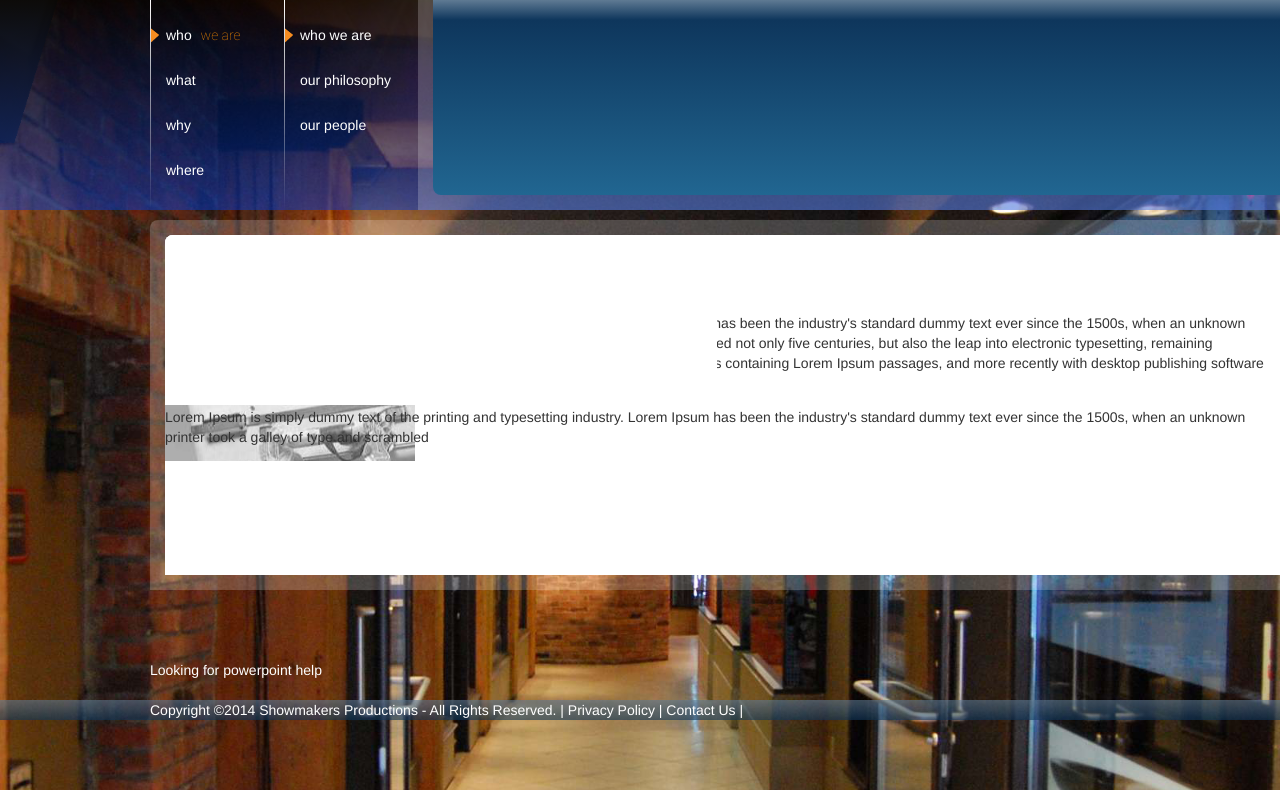
Repository: EddieMachete/showmakers
Page: index.html
The author's editor kept a record of every edit. The page is drawn from the files as they stood at one moment, then again after the next edit.
The browser window is 1280 px wide. The pictures show the whole page.
Backgrounds fixed to the window are drawn as part of the page.

Above is the page before.
Console error: TypeError: Cannot read properties of undefined (reading 'querySelector')

### index.html
<!doctype html>
<html>
<head>
    <meta charset="UTF-8">
    <title>Vancouver PowerPoint Presentations, Templates, Web Design, Video Production | ShowMakers Productions</title>
    <meta name="description" content="Vancouver PowerPoint and multimedia production company specializing in corporate PowerPoint templates, PowerPoint design and video presentations" />
    <!-- Styles -->
    <!--link rel="stylesheet" type="text/css" href="Css/bootstrap.min.css" /-->
    <link rel="stylesheet" type="text/css" href="Css/main.css" />
    <link rel="stylesheet" type="text/css" href="Css/animations.css" />
    <link rel="stylesheet" type="text/css" href="Css/WhiteFlashAnimation.css" />
    <link rel="stylesheet" type="text/css" href="Css/ContentTransitionAnimation.css" />
    <link rel="stylesheet" type="text/css" href="Css/OurPhilosophyBannerAnimation.css" />
    <link rel="stylesheet" type="text/css" href="Css/OurPhilosophyContentAnimation.css" />
    <link rel="stylesheet" type="text/css" href="Css/WhatWeDoBannerAnimation.css" />
    <link rel="stylesheet" type="text/css" href="Css/OurProcessBannerAnimation.css" />
    <link rel="stylesheet" type="text/css" href="Css/OurServicesBannerAnimation.css" />
    <link rel="stylesheet" type="text/css" href="Css/WhatsNewBannerAnimation.css" />
    <!-- Templates -->
    <link id="WhiteFlashTemplate" rel="import" href="WhiteFlash.html" />
    <!-- Who -->
    <link id="WhoWeAreBannerTemplate" rel="import" href="WhoWeAreBanner.html" />
    <link id="OurPhilosophyBannerTemplate" rel="import" href="OurPhilosophyBanner.html" />
    <link id="OurPhilosophyContentTemplate" rel="import" href="OurPhilosophyContent.html" />
    <!-- What -->
    <link id="WhatWeDoBannerTemplate" rel="import" href="WhatWeDoBanner.html" />
    <link id="OurProcessBannerTemplate" rel="import" href="OurProcessBanner.html" />
    <link id="OurServicesBannerTemplate" rel="import" href="OurServicesBanner.html" />
    <link id="WhatsNewBannerTemplate" rel="import" href="WhatsNewBanner.html" />
    <!-- Scripts -->
    <script type="text/javascript" src="Scripts/GoogleAnalytics.js"></script>
    <script type="text/javascript" src="Scripts/jquery.js"></script>
    <script type="text/javascript" src="Scripts/Index/IndexMain.js"></script>
    <!-- End Google analytics -->
</head>
<body class="office-background background-cover">
	<div class="l-page-header translucent-gradient">
    	<div class="l-navigation padded-left">
        	<ul class="sections navigation-block list-unstyled text-lowercase left-border-width-gradient text-white">
            	<li class="tall is-selected" data-controller="Page" data-name="NavWho">
                	<div class="underline">
                    	Who <span class="navigation-highlight-padded text-orange text-roboto-thin">we are</span>
                    </div>
                </li>
                <li class="tall" data-controller="Page" data-name="NavWhat">
                	<div class="underline">What</div>
                </li>
                <li class="tall">
                	<div class="underline">Why</div>
                </li>
                <li class="tall">
                	<div class="underline">Where</div>
                </li>
            </ul>
            <div class="navigation-block text-lowercase left-border-width-gradient text-white">
            	<ul class="sub-sections list-unstyled is-active is-expanded"
            	    data-controller="Page" data-name="SubSectionWho">
                	<li class="tall is-selected" data-controller="Page" data-name="NavWhoWeAre">
                    	<div class="underline">Who we are</div>
                    </li>
                    <li class="tall" data-controller="Page" data-name="NavOurPhilosophy">
                    	<div class="underline">Our philosophy</div>
                    </li>
                    <li class="tall">
                    	<div class="underline">Our people</div>
                    </li>
                </ul>
            	<ul class="sub-sections list-unstyled"
            	    data-controller="Page" data-name="SubSectionWhat">
                	<li class="tall" data-controller="Page" data-name="NavWhatWeDo">
                    	<div class="underline">What we do</div>
                    </li>
                    <li class="tall" data-controller="Page" data-name="NavOurProcess">
                    	<div class="underline">Our process</div>
                    </li>
                    <li class="tall" data-controller="Page" data-name="NavOurServices">
                    	<div class="underline">Our services</div>
                    </li>
                    <li class="tall" data-controller="Page" data-name="NavWhatsNew">
                    	<div class="underline">What&apos;s new</div>
                    </li>
                </ul>
            </div>
            <div class="frosted-glass content">
            	<div class="readable-gradient bottom-left-round-corners-8" data-controller="Page" data-name="Banner"></div>
            </div>
        </div>
    </div>
    <div class="main-content padded-left frosted-glass top-left-round-corners-8">
        <div class="container main-content-high top-left-round-corners-8">
            <!-- ----- Our Philosophy ----- -->
            <div class="our-philosophy-content">
                <div class="message">
                    <h1>We don&apos;t loose your luggage</h1>
                    <p>
                        Lorem Ipsum is simply dummy text of the printing and typesetting industry. Lorem Ipsum has been the industry's standard dummy text ever since the 1500s, when an unknown printer took a galley of type and scrambled it to make a type specimen book. It has survived not only five centuries, but also the leap into electronic typesetting, remaining essentially unchanged. It was popularised in the 1960s with the release of Letraset sheets containing Lorem Ipsum passages, and more recently with desktop publishing software like Aldus PageMaker including versions of Lorem Ipsum.
                    </p>
                    <p>
                        Lorem Ipsum is simply dummy text of the printing and typesetting industry. Lorem Ipsum has been the industry's standard dummy text ever since the 1500s, when an unknown printer took a galley of type and scrambled
                    </p>
                </div>
            </div>
            <!-- ----- Content Transition ----- -->
            <div class="content-transition">
                <div class="left">
                    <div class="mask collapsible">
                        <div class="transition-border expandable float-left"></div>
                    </div>
                </div>
                <div class="right">
                    <div class="mask collapsible">
                        <div class="transition-border expandable"></div>
                    </div>
                </div>
            </div>
        </div>

    </div>
    <div class="l-power-point-section">
    	<div class="padded-left text-white">
        	Looking for powerpoint help
        </div>
    </div>
    <div class="l-footer">
    	<div class="padded-left text-white">
        	Copyright &copy;2014 Showmakers Productions - All Rights Reserved. | Privacy Policy | Contact Us |
        </div>
    </div>
</body>
</html>

### Css/main.css
@charset "UTF-8";
/* CSS Document */
/* COLORS */
/*    Orange: #FC8D00 */

/* Base */
* {
	-webkit-box-sizing: border-box;
	-moz-box-sizing: border-box;
	box-sizing: border-box;
}

html {
	font-family: sans-serif;
	font-size: 10px;
	-webkit-tap-highlight-color: rgba(0,0,0,0);
	-webkit-text-size-adjust: 100%;
	-ms-text-size-adjust: 100%;
}

body {
	font-family: "Helvetica Neue",Helvetica,Arial,sans-serif;
	font-size: 14px;
	line-height: 1.42857143;
	color: #333;
	background-color: #fff;

	margin: 0;
	padding: 0;
}

/* Layout */
.l-page-header {
	overflow: hidden;
}

.l-power-point-section {
	bottom: 40px;
	position: fixed;
	width: 100%;
}

.l-footer {
	background-color: #0E365C;
	background: repeating-linear-gradient(rgba(95, 122, 147, .6), rgba(14, 54, 92, .6));
	bottom: 0;
	position: fixed;
	width: 100%;
}

/* Modules */
@font-face {
    font-family: open-sans-light;
    src: url('../Fonts/Open-Sans/OpenSans-Light.ttf');
}

@font-face {
    font-family: roboto-thin;
    src: url(../Fonts/Roboto/Roboto-Thin.ttf)
}

.text-lowercase {
	text-transform: lowercase;
}

.text-open-sans-light {
    font-family: open-sans-light;
	/*font-weight: 300;*/
}

.text-roboto-thin {
    font-family: roboto-thin;
	/*font-weight: 100;*/
}

.text-verdana {
	font-family: verdana, arial, sans-serif;
}

.text-bold {
	font-weight: bold;
}

.text-white {
	color: #FFF;
}

.text-orange {
	color: #FC8D00;
}

.display-inline-block {
	display: inline-block;
}

.float-left {
	float: left;
}

.float-right {
	float: right;
}

.list-unstyled {
	list-style: none;
	padding-left: 0;
}

.list-unstyled li {
	margin: 0;
}

.office-background {
	background: #000 no-repeat center fixed url('../Images/office-background.jpg');
}

.background-cover {
	-webkit-background-size: cover;
	-moz-background-size: cover;
	-o-background-size: cover;
	background-size: cover;
}

.readable-gradient {
	background: repeating-linear-gradient(#5F7A93, #0E365C 20px, #216691);
	height: 195px;
    overflow: hidden;
    position: relative;
}

.readable-gradient .animation {
    position: absolute;
    top: 0;
    left: 0;
    width: 100%;
}
/*
.readable-gradient .white-flash {
    z-index: 5;
}*/

.round-corners-8 {
	border-radius: 8px;
}

.bottom-left-round-corners-8 {
	border-bottom-left-radius: 8px;
}

.top-left-round-corners-8 {
	border-top-left-radius: 8px;
}

.translucent-gradient {
	background: #000;
	/* Safari 5.1 to 6.0 */
	background: -webkit-repeating-linear-gradient(rgba(0, 0, 0, .8), rgba(0, 58, 211, .5));
	/* Opera 11.1 to 12.0 */
	background: -o-repeating-linear-gradient(rgba(0, 0, 0, .8), rgba(0, 58, 211, .5));
	/* Firefox 3.6 to 15 */
	background: -moz-repeating-linear-gradient(rgba(0, 0, 0, .8), rgba(0, 58, 211, .5));
	/* Standard syntax */
	background: repeating-linear-gradient(rgba(0, 0, 0, .8), rgba(0, 58, 211, .5));
}

.frosted-glass {
	background-color: #FFF;
	background-color: rgba(255, 255, 255, .2);
	padding: 15px 0 15px 15px;
	padding-top: 0;
}

/* Navigation Blocks */
.l-navigation .navigation-block {
	float: left;
	height: 210px;
	margin: 0;
	/*padding: 0 15px;*/
	overflow: hidden;
	width: 134px;
}

.l-navigation .navigation-block .tall {
	background: no-repeat center left url('../Images/menu-arrow.png');
	background-position: -10px;

	-webkit-transition: background-position 300ms; /* For Safari 3.1 to 6.0 */
    transition: background-position 300ms;
}

.l-navigation .navigation-block .tall.is-selected {
	background-position: -2px;
}

.l-navigation .navigation-block .navigation-highlight-padded {
	padding: 0 5px;
}

.l-navigation .navigation-block .underline {
	position: relative;
	margin: 0 15px;
}

.l-navigation .navigation-block .underline:after {
	background-color: #FC8D00;
	bottom: -1px;
	content: '';
	display: block;
	height: 1px;
	left: 0;
	position: absolute;
	transition: width 0.2s;
	width: 0;
}

.l-navigation .navigation-block .underline:hover:after {
	width: 100%;
}

.l-navigation .sub-sections {
	display: none;
}

.l-navigation .sub-sections .tall {
	margin: 0;

	-webkit-transition: all 300ms; /* For Safari 3.1 to 6.0 */
    transition: all 300ms;
}

.l-navigation .sub-sections.is-active {
	display: block;
}

.l-navigation .sections .tall,
.l-navigation .sub-sections.is-expanded .tall {
	margin: 25px 0;
}

/* End Navigation blocks*/

.l-navigation .content {
	margin-left: 268px;
}

/* Description */

.l-navigation .content .description {
	max-width: 520px;
}

.l-navigation .content .description h2 {
	font-size: 15px;
	line-height: 1.5em;
	margin: 20px 20px 10px 20px;
}

.l-navigation .content .description p {
	font-size: 12px;
	font-weight: 200;
	line-height: 1.5em;
	margin: 10px 20px;
	text-align: justify;
}

/* End Description*/

.left-border-width-gradient {
	border-color: #FFF;
	border-style: solid;
	border-width: 0 0 0 1px;
	height: 210px;
	margin: 0;

    -webkit-border-image:
      -webkit-gradient(linear, 0 0, 0 100%, from(#FFFFFF), to(rgba(0, 0, 0, 0))) 1 100%;
    -webkit-border-image:
      -webkit-linear-gradient(#FFFFFF, rgba(0, 0, 0, 0)) 1 100%;
    -moz-border-image:
      -moz-linear-gradient(#FFFFFF, rgba(0, 0, 0, 0)) 1 100%;
    -o-border-image:
      -o-linear-gradient(#FFFFFF, rgba(0, 0, 0, 0)) 1 100%;
    border-image:
      linear-gradient(to bottom, #FFFFFF, rgba(0, 0, 0, 0)) 1 100%;
}

.main-content {
	margin-bottom: 200px;
	margin-top: 10px;
}

.main-content-high {
	height: 340px;
}

.main-content .container {
	background-color: #FFF;
	margin: 15px 0 0 0;
	overflow: hidden;
	position: relative;
}

.main-content .content-transition {
	left: 0;
	position: absolute;
	top: 0;
}

.main-content .content-transition .left {
	float: left;
	position: relative;
	width: 252px;
}

.main-content .content-transition .left .mask {
	background-color: #FFF;
	position: absolute;
	right: 0;
	top: 0;
	width: 252px;
}

.main-content .content-transition .right {
	float: left;
	position: relative;
	width: 552px;
}

.main-content .content-transition .right .mask {
	background-color: #FFF;
	position: absolute;
	right: 0;
	top: 0;
	width: 552px;
}

.main-content .content-transition .transition-border {
	background-color: orange;
	width: 2px;
}


@media (min-width: 980px) {
	.padded-left {
		margin-left:calc((100% - 980px)/2);
		overflow: hidden;
	}
}

### Css/animations.css
.animation {
    display:none;
}

.animation.is-animated {
    display: block;
}

/* --- logo-and-stars-transition ------------------------------- */
/* Chrome, Safari, Opera */
@-webkit-keyframes logo-and-stars-transition {
    from {
        bottom: 300px;
        left: 600px
    }
    to {
        bottom: -20px;
        left: 300px
    }
}

/* Standard syntax */
@keyframes logo-and-stars-transition {
    from {
        bottom: 300px;
        left: 600px
    }
    to {
        bottom: -20px;
        left: 300px
    }
}



/* --- logo-and-stars-shake ------------------------------- */
@-webkit-keyframes logo-and-stars-shake {
    from { background-position-x: 0;}
    to {background-position-x: 3px;}
}


@keyframes logo-and-stars-shake {
    from { background-position-x: 0;}
    to {background-position-x: 3px;}
}



/* --- slide-in-left ------------------------------- */
@-webkit-keyframes slide-in-left {
    from {
       margin-left: 120px;
       opacity: 0;
    }
    to {
        margin-left: 0;
        opacity: 1;
    }
}

@keyframes slide-in-left {
    from {
       margin-left: 120px;
       opacity: 0;
    }
    to {
        margin-left: 0;
       opacity: 1;
    }
}

### Css/ContentTransitionAnimation.css
.main-content .content-transition .transition-border.expandable {
	-webkit-animation: transition-border-expand-frames 2s forwards;
	animation: transition-border-expand-frames 2s forwards;

	-webkit-animation-delay: 5s;
	animation-delay: 5s;
}

.main-content .content-transition .left .mask.collapsible {
	-webkit-animation: left-mask-collapse-frames 800ms forwards;
	animation: left-mask-collapse-frames 800ms forwards;

	-webkit-animation-delay: 5500ms;
	animation-delay: 5500ms;
}

.main-content .content-transition .right .mask.collapsible {
	-webkit-animation: right-mask-collapse-frames 800ms forwards;
	animation: right-mask-collapse-frames 800ms forwards;

	-webkit-animation-delay: 5500ms;
	animation-delay: 5500ms;
}



/* --- transition-border-expand-frames ------------------------------- */
@-webkit-keyframes transition-border-expand-frames {
    0% {
       height: 0px;
       margin-top: 170px;
    }
    20%, 80% {
        height: 340px;
        margin-top: 0;
    }
    80% {
        height: 340px;
        margin-top: 0;
    }
    100% {
        height: 0px;
        margin-top: 170px;
    }
}

@keyframes transition-border-expand-frames {
    0% {
       height: 0px;
       margin-top: 170px;
    }
    20%, 80% {
        height: 340px;
        margin-top: 0;
    }
    80% {
        height: 340px;
        margin-top: 0;
    }
    100% {
        height: 0px;
        margin-top: 170px;
    }
}



/* --- left-mask-collapse-frames ------------------------------- */
@-webkit-keyframes left-mask-collapse-frames {
    0% {
        width: 252px;
    }
    100% {
        width: 2px;
    }
}

@keyframes left-mask-collapse-frames {
    0% {
        width: 252px;
    }
    100% {
        width: 2px;
    }
}



/* --- right-mask-collapse-frames ------------------------------- */
@-webkit-keyframes right-mask-collapse-frames {
    0% {
        width: 552px;
    }
    100% {
        width: 2px;
    }
}

@keyframes right-mask-collapse-frames {
    0% {
        width: 552px;
    }
    100% {
        width: 2px;
    }
}

### Css/OurPhilosophyBannerAnimation.css
.our-philosophy-banner {
    height: 195px;
    overflow: hidden;
    position: relative;
}

.our-philosophy-banner .text {
    font-size: 22pt;
	font-weight: bold;
    margin: 60px 0 0 20px;
}

.our-philosophy-banner .text .text-one {
    display: inline-block;
    margin-left: 120px;
    opacity: 0;
}

.our-philosophy-banner .text .text-two {
    display: inline-block;
    margin-left: 120px;
    opacity: 0;
}

.our-philosophy-banner .text .text-three {
    display: inline-block;
    margin-left: 120px;
    opacity: 0;
}

.our-philosophy-banner.is-animated .text .text-one-animation {
    -webkit-animation: slide-in-left 500ms forwards; /* Chrome, Safari, Opera */
    animation: slide-in-left 500ms forwards;

    -webkit-animation-delay: 1s; /* Chrome, Safari, Opera */
    animation-delay: 1s;
}

.our-philosophy-banner.is-animated .text .text-two-animation {
    -webkit-animation: slide-in-left 500ms forwards; /* Chrome, Safari, Opera */
    animation: slide-in-left 500ms forwards;

    -webkit-animation-delay: 1300ms; /* Chrome, Safari, Opera */
    animation-delay: 1300ms;
}

.our-philosophy-banner.is-animated .text .text-three-animation {
    -webkit-animation: slide-in-left 500ms forwards; /* Chrome, Safari, Opera */
    animation: slide-in-left 500ms forwards;

    -webkit-animation-delay: 1600ms; /* Chrome, Safari, Opera */
    animation-delay: 1600ms;
}

.our-philosophy-banner .logo-and-stars {
    bottom: 300px;
    left: 600px;
    position: absolute;
}

.our-philosophy-banner.is-animated .logo-and-stars-animation {
    -webkit-animation: logo-and-stars-transition 1s forwards; /* Chrome, Safari, Opera */
    animation: logo-and-stars-transition 1s forwards;

    -webkit-animation-delay: 2s; /* Chrome, Safari, Opera */
    animation-delay: 2s;
}

.our-philosophy-banner .logo-and-stars .stars {
    background: no-repeat url('../Images/Animations/OurPhilosophy/stars-1.png');
    height: 295px;
    width: 318px;

    -webkit-animation: logo-and-stars-shake .1s infinite;
    animation: logo-and-stars-shake .1s infinite;
}

.our-philosophy-banner .logo-and-stars .show-makers {
    margin: 84px 0 0 80px;
}

### Css/OurPhilosophyContentAnimation.css
.our-philosophy-content {
    background: no-repeat url('../Images/our-philosophy-content.jpg');
    overflow: hidden;
}

### Css/WhatWeDoBannerAnimation.css
.what-we-do-banner {
    margin: 20px;
    max-width: 501px;
}

### Css/OurProcessBannerAnimation.css
.our-process-banner {
    position: relative;
}

.our-process-banner .graphic {
    left: 240px;
    position: absolute;
    top: 10px;
}

.our-process-banner .text {
    /*display: inline-block;*/
    /*float: left;*/
    font-size: 15pt;
    font-weight: bold;
    margin: 20px 0 0 25px;
    /*overflow: hidden;
    width: 160px;*/
}

.our-process-banner .text .line {
    line-height: 29pt;
    opacity: 0;
}

.our-process-banner.is-animated .text .text-one-animation {
    -webkit-animation: slide-in-left 500ms forwards; /* Chrome, Safari, Opera */
    animation: slide-in-left 500ms forwards;

    -webkit-animation-delay: 1s; /* Chrome, Safari, Opera */
    animation-delay: 1s;
}

.our-process-banner.is-animated .text .text-two-animation {
    -webkit-animation: slide-in-left 500ms forwards; /* Chrome, Safari, Opera */
    animation: slide-in-left 500ms forwards;

    -webkit-animation-delay: 1300ms; /* Chrome, Safari, Opera */
    animation-delay: 1300ms;
}

.our-process-banner.is-animated .text .text-three-animation {
    -webkit-animation: slide-in-left 500ms forwards; /* Chrome, Safari, Opera */
    animation: slide-in-left 500ms forwards;

    -webkit-animation-delay: 1600ms; /* Chrome, Safari, Opera */
    animation-delay: 1600ms;
}

.our-process-banner.is-animated .text .text-four-animation {
    -webkit-animation: slide-in-left 500ms forwards; /* Chrome, Safari, Opera */
    animation: slide-in-left 500ms forwards;

    -webkit-animation-delay: 1900ms; /* Chrome, Safari, Opera */
    animation-delay: 1900ms;
}

### Css/WhatsNewBannerAnimation.css
.whats-new-banner .text {
    /*display: inline-block;*/
    /*float: left;*/
    font-size: 15pt;
    /*font-weight: bold;*/
    margin: 40px 0 0 25px;
    /*overflow: hidden;*/
    width: 260px;
}

.whats-new-banner .text .quote {
    font-size: 10pt;
    margin-top: 15px;
}

.whats-new-banner .sprite-animation .slide {
    left: 379px;
    position: absolute;
    top: 25px;
    opacity: 0;

    -webkit-transition: opacity 800ms;
}

.whats-new-banner .sprite-animation .slide.is-visible {
    /*-webkit-animation:  fade-in-frames 800ms;*/
    opacity: 1;
}

.whats-new-banner .sprite-animation .top-image {
    left: 240px;
    position: absolute;
    top: 10px;
    z-index: 5;
}

.l-page-header .white-flash {
    z-index: 10;
}



/* --- what-we-do-shiner-light ------------------------------- */
@-webkit-keyframes fade-in-frames {
    0% {
        opacity: 0;
    }
    100% {
        opacity: 1;
    }
}

@keyframes fade-in-frames {
    0% {
        opacity: 0;
    }
    100% {
        opacity: 1;
    }
}

### Scripts/GoogleAnalytics.js
var _gaq = _gaq || [];
_gaq.push(['_setAccount', 'UA-6072071-1']);
_gaq.push(['_trackPageview']);

(function() {
	var ga = document.createElement('script'); ga.type = 'text/javascript'; ga.async = true;
	ga.src = ('https:' == document.location.protocol ? 'https://ssl' : 'http://www') + '.google-analytics.com/ga.js';
	var s = document.getElementsByTagName('script')[0]; s.parentNode.insertBefore(ga, s);
})();

Loaded but not shown: Scripts/jquery.js (library); Scripts/Index/IndexMain.js (128 lines, source omitted); Css/OurServicesBannerAnimation.css (no copy from this time; the picture is the same without it); Css/WhiteFlashAnimation.css (no copy from this time; the picture is the same without it)

After the next edit:
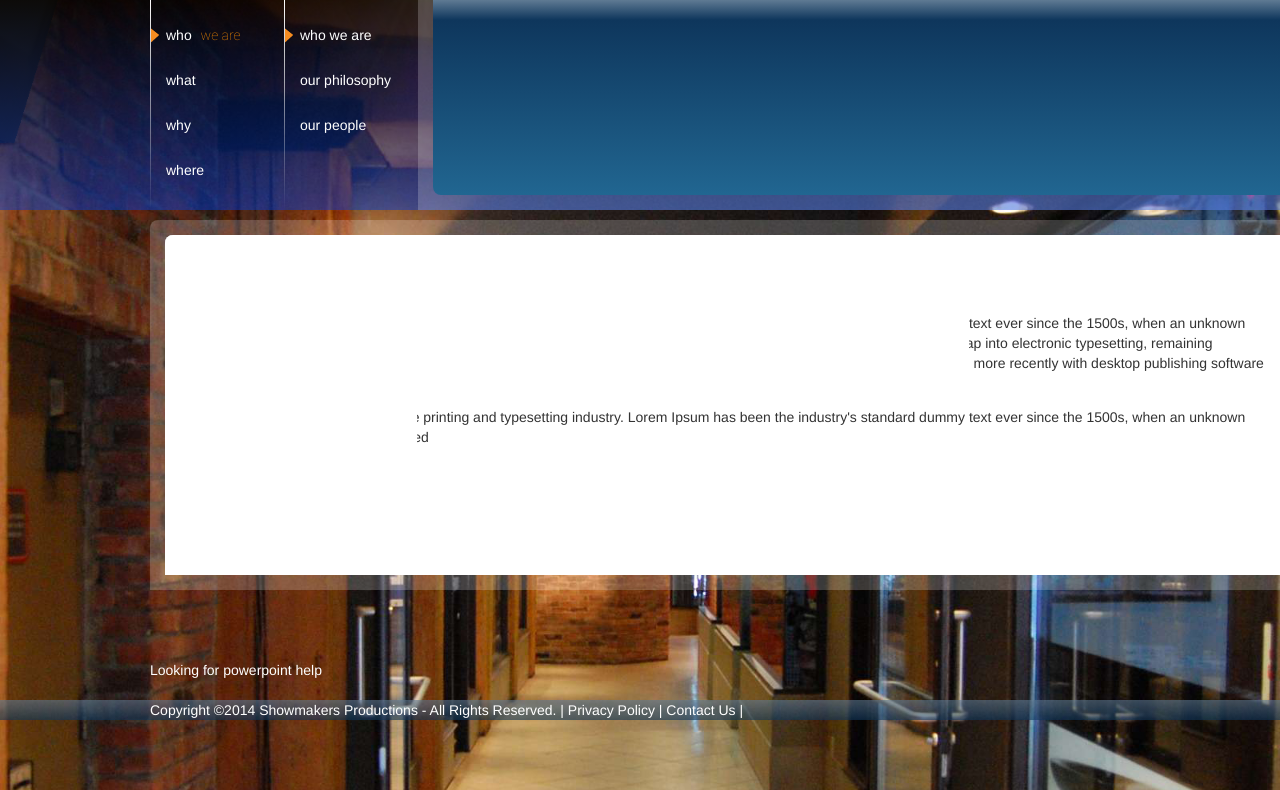
The edit:
--- a/index.html
+++ b/index.html
@@ -102,8 +102,8 @@
             </div>
             <!-- ----- Content Transition ----- -->
             <div class="content-transition">
-                <div class="left">
-                    <div class="mask collapsible">
+                <div class="left main-content-high">
+                    <div class="mask main-content-high collapsible">
                         <div class="transition-border expandable float-left"></div>
                     </div>
                 </div>
